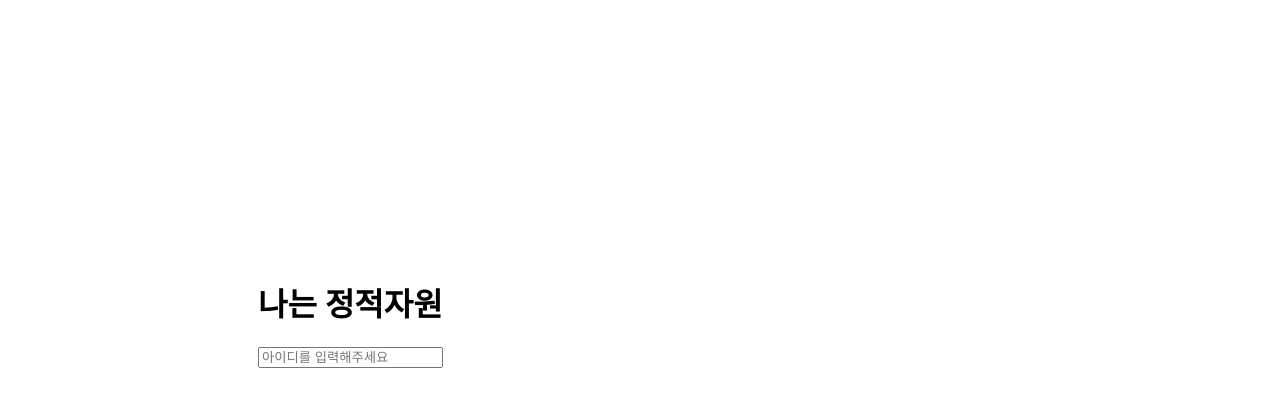
Repository: whgdkfk/web-workspace
Page: BurgerKingProject/src/main/webapp/static/Request_Page.html
An editor plug-in stored every save of this project. The page is shown before and after the next save, followed by the edit.
The browser window is 1280 px wide. The pictures show the whole page.

Above is the page before, as saved 2025-03-07 08:41:57.

After the next save:
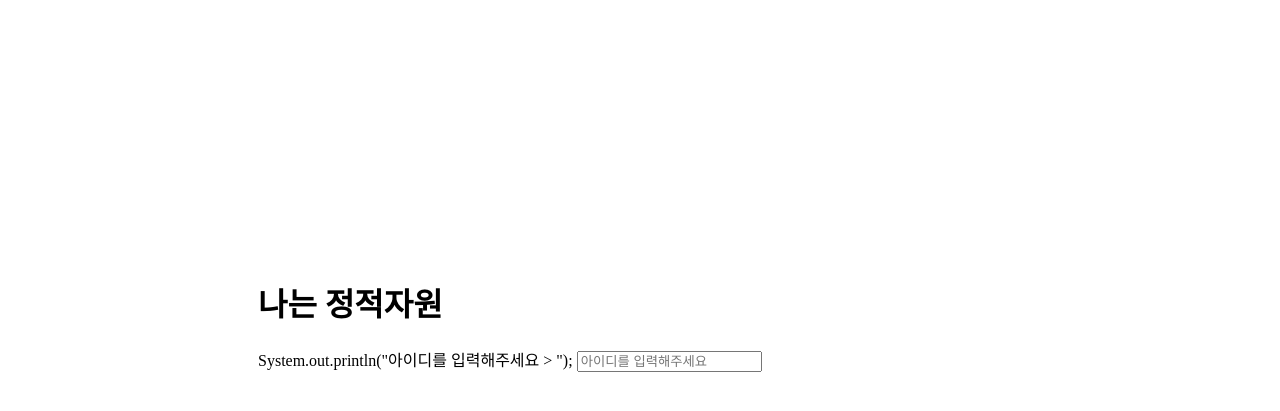
Saved 17 s later.
--- a/BurgerKingProject/src/main/webapp/static/Request_Page.html
+++ b/BurgerKingProject/src/main/webapp/static/Request_Page.html
@@ -12,6 +12,8 @@
 <body>
 	<h1>나는 정적자원</h1>
 
+	System.out.println("아이디를 입력해주세요 > ");
+
 	<input type="text" placeholder="아이디를 입력해주세요"/>
 
 </body>
